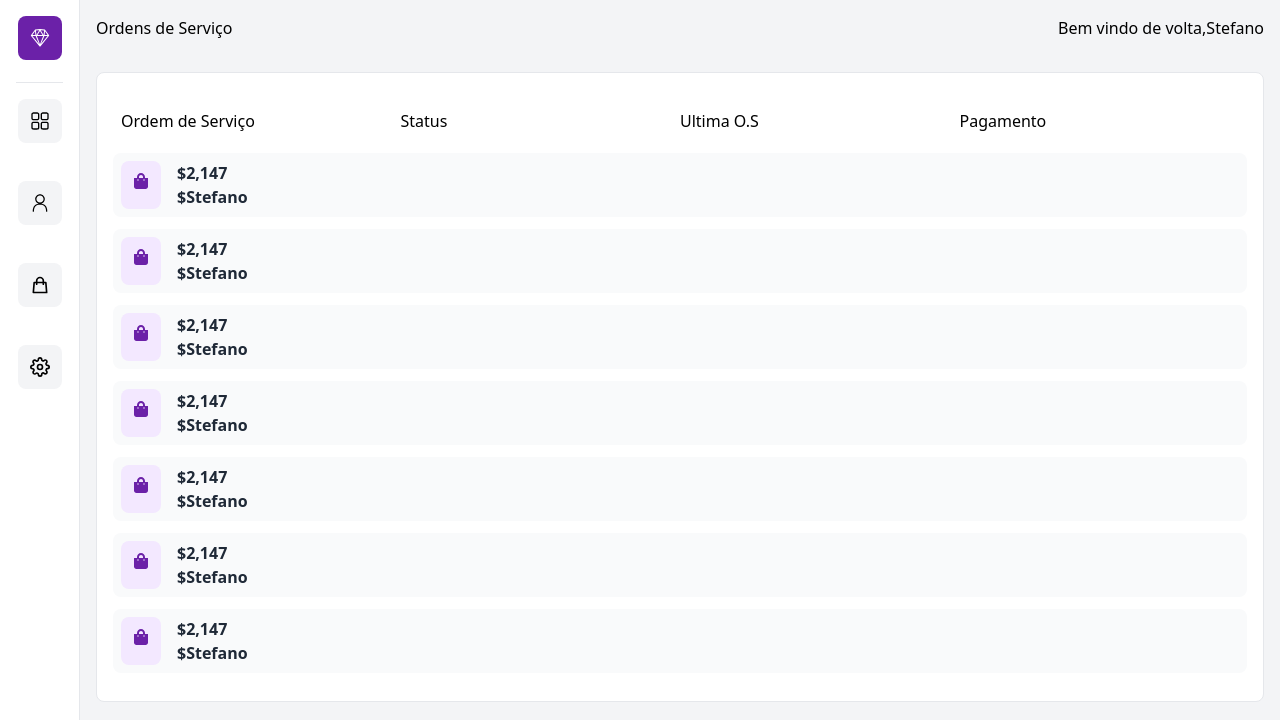
Repository: stefanosousaa/dashboard-next13
Page: /orders
An editor plug-in stored every save of this project. The page is shown before and after the next save, followed by the edit.
The browser window is 1280 px wide. The pictures show the whole page.
The project was rebuilt for these pictures with package versions that can differ from the ones it lists, and the page was loaded fresh each time. The framework's server and built-in components were replaced by stand-ins that run in the browser. Also part of the build but not shown: next.config.js.

Above is the page before, as saved 2023-05-18 18:33:15.

### pages/_app.js
import Sidebar from '@/components/Sidebar'
import '@/styles/globals.css'

export default function App({ Component, pageProps }) {
  return (
    <Sidebar>
        <Component {...pageProps} />
    </Sidebar>

  )
}

### pages/orders.jsx
import React from 'react'
import { FaShoppingBag } from 'react-icons/fa'
import {data} from '../data/data.js'

const orders = () => {
  return (
    <div className='bg-gray-100 min-h-screen'>
        <div className='flex justify-between p-4'>
            <h2>Ordens de Serviço</h2>
            <h2>Bem vindo de volta,Stefano</h2>
        </div>
        <div className='p-4'>
            <div className='w-full m-auto p-4 border rounded-lg bg-white overflow-y-auto'>
              <div className='my-3 p-2 grid md:grid-cols-4 sm:grid-cols-3 grid-cols-2 items-center justify-between cursor-pointer'>
                <span>Ordem de Serviço</span>
                <span className='sm:text-left text-right'>Status</span>
                <span className='hidden md:grid'>Ultima O.S</span>
                <span className='hidden sm:grid'>Pagamento</span>
              </div>
              <ul>
                {data.map((order,id) => (
                    <li key={id} className='bg-gray-50 hover:bg-gray-100 rounded-lg my-3 p-2 grid md:grid-cols-4 sm:grid-cols-3 grid-cols-2 items-center justify-between cursor-pointer'>
                      <div className='flex'>
                          <div className='bg-purple-100 p-3 rounded-lg'>
                             <FaShoppingBag className='text-purple-800'/>
                           </div>
                        <div className='pl-4'>
                            <p className='text-gray-800 font-bold'>${order.total.toLocaleString()}</p>
                            <p className='text-gray-800 font-bold'>${order.name.first}</p>
                        </div>
                        </div>


                    </li>
                ))}
              </ul>
            </div>
        </div>
    </div>
  )
}

export default orders

### components/Sidebar.jsx
import Link from 'next/link'
import Image from 'next/image'
import React from 'react'
import {RxSketchLogo,RxDashboard, RxPerson} from 'react-icons/rx'
import {FiSettings} from 'react-icons/fi'
import {HiOutlineShoppingBag} from 'react-icons/hi'

const Sidebar = ({children}) => {
  return (
    <div className='flex'>
        <div className='fixed w-20 h-screen p-4 bg-white border-r-[1px] flex flex-col justify-between'>
        <div className='flex flex-col items-center'>

          <Link href='/'>
            <div className='bg-purple-800 text-white p-3 rounded-lg inline-block'>
              <RxSketchLogo size={20}/>
            </div>
          </Link>
          <span className='border-b-[1px] border-gray-200 w-full p-2'></span>
          <Link href='/'>
            <div className='bg-gray-100 hover:bg-gray-200 cursor-pointer my-4 p-3 rounded-lg inline-block'>
              <RxDashboard size={20}/>
            </div>
          </Link>
          <Link href='/costumers'>
            <div className='bg-gray-100 hover:bg-gray-200 cursor-pointer my-4 p-3 rounded-lg inline-block'>
              <RxPerson size={20}/>
            </div>
          </Link>
          <Link href='/orders'>
            <div className='bg-gray-100 hover:bg-gray-200 cursor-pointer my-4 p-3 rounded-lg inline-block'>
              <HiOutlineShoppingBag size={20}/>
            </div>
          </Link>
          <Link href='/'>
            <div className='bg-gray-100 hover:bg-gray-200 cursor-pointer my-4 p-3 rounded-lg inline-block'>
              <FiSettings size={20}/>
            </div>
          </Link>
        </div>
        </div>

        <main className='ml-20 w-full'>{children}</main>
    </div>
  )
}

export default Sidebar

### data/data.js
export const data = [
    {
        id:1,
        name: {
            first: 'Stefano',
            last: 'Sousa',
        },
        total: 2147.00,
        status: 'On Hold',
        method: 'PayPal',
        date: '15 minutos atrás',
    },
    {
        id:2,
        name: {
            first: 'Stefano',
            last: 'Sousa',
        },
        total: 2147.00,
        status: 'On Hold',
        method: 'PayPal',
        date: '15 minutos atrás',
    },
    {
        id:3,
        name: {
            first: 'Stefano',
            last: 'Sousa',
        },
        total: 2147.00,
        status: 'On Hold',
        method: 'PayPal',
        date: '15 minutos atrás',
    },
    {
        id:4,
        name: {
            first: 'Stefano',
            last: 'Sousa',
        },
        total: 2147.00,
        status: 'On Hold',
        method: 'PayPal',
        date: '15 minutos atrás',
    },
    {
        id:5,
        name: {
            first: 'Stefano',
            last: 'Sousa',
        },
        total: 2147.00,
        status: 'On Hold',
        method: 'PayPal',
        date: '15 minutos atrás',
    },
    {
        id:6,
        name: {
            first: 'Stefano',
            last: 'Sousa',
        },
        total: 2147.00,
        status: 'On Hold',
        method: 'PayPal',
        date: '15 minutos atrás',
    },
    {
        id:7,
        name: {
            first: 'Stefano',
            last: 'Sousa',
        },
        total: 2147.00,
        status: 'On Hold',
        method: 'PayPal',
        date: '15 minutos atrás',
    },
]

Loaded but not shown: pages/_document.js (common file); pages/api/hello.js (common file); styles/globals.css (common file); tailwind.config.js (common file)

After the next save:
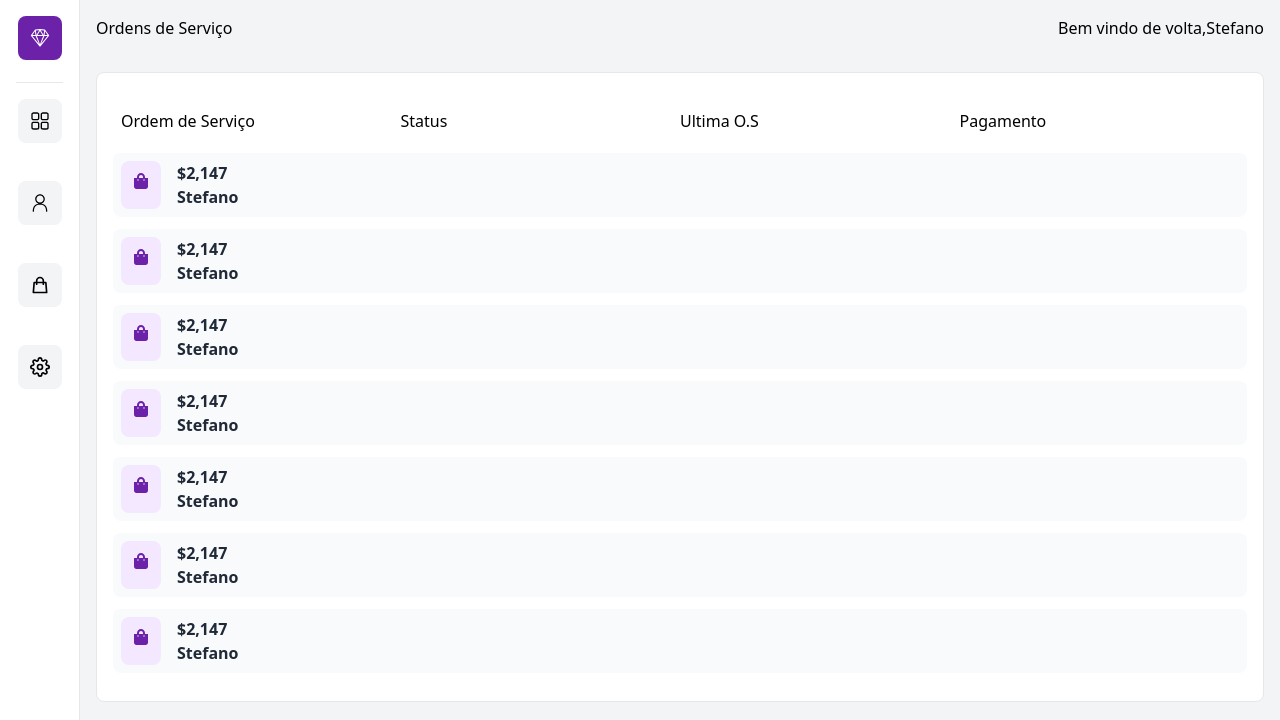
Saved 22 s later.
--- a/pages/orders.jsx
+++ b/pages/orders.jsx
@@ -26,7 +26,7 @@ const orders = () => {
                            </div>
                         <div className='pl-4'>
                             <p className='text-gray-800 font-bold'>${order.total.toLocaleString()}</p>
-                            <p className='text-gray-800 font-bold'>${order.name.first}</p>
+                            <p className='text-gray-800 font-bold'>{order.name.first}</p>
                         </div>
                         </div>
 
